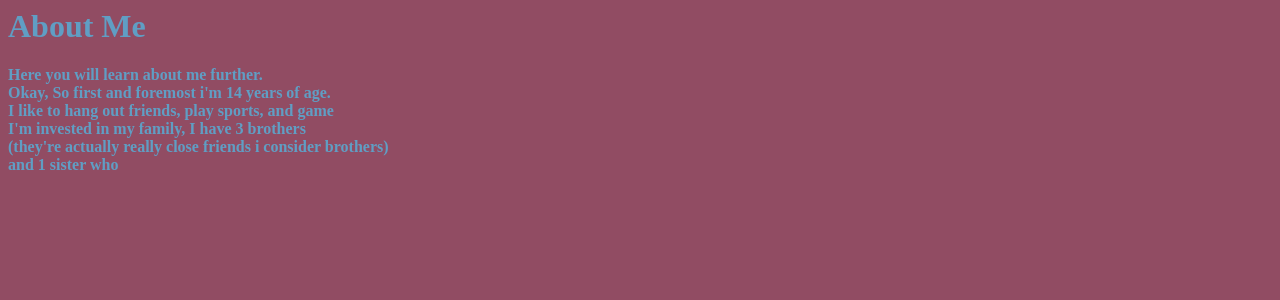
Repository: RyanGutierrez/RyanGutierrez.github.io
Page: about.html
The author's editor kept a record of every edit. The page is drawn from the files as they stood at one moment, then again after the next edit.
The browser window is 1280 px wide. The pictures show the whole page.

Above is the page before.

After the next edit:
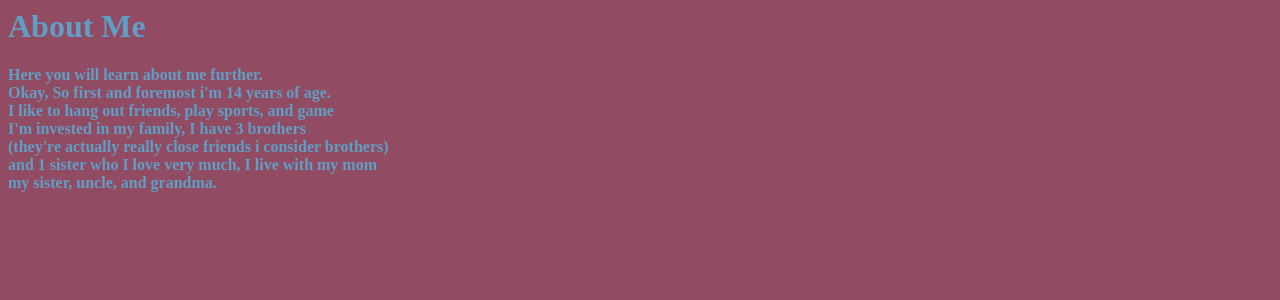
The edit:
--- a/about.html
+++ b/about.html
@@ -23,6 +23,7 @@
         I like to hang out friends, play sports, and game<br>
         I'm invested in my family, I have 3 brothers<br>
         (they're actually really close friends i consider brothers)<br>
-        and 1 sister who </strong></p>
+        and 1 sister who I love very much, I live with my mom <br>
+        my sister, uncle, and grandma.</strong></p>
     </body>
 </html>
